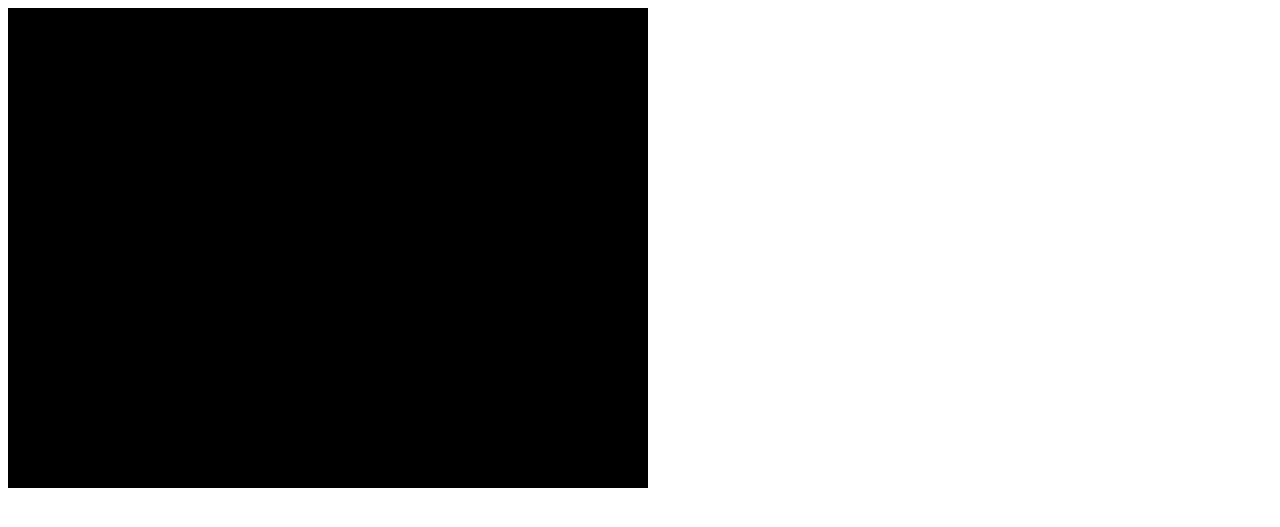
Repository: ChristeZeng/ComputerGraphics
Page: Lab2/Test.html
These files come from the project's save history. The page is drawn as it stood at one moment and after the next save; the edit follows.
The browser window is 1280 px wide. The pictures show the whole page.

Above is the page before, as saved 2021-10-02 15:47:15.
Console error: TypeError: gl.enableVertexAttriArray is not a function

### Lab2/Test.html
<!DOCTYPE html>
<html>
<head>
  <title>Test</title>
  <script type="text/javascript" src="Test.js"></script>
</head>
<body onload="main()">
  <canvas id="gl-canvas" width="640" height="480"></canvas>
</body>
</html>

### Lab2/Test.js
function main()
{
    /** @type {HTMLCanvasElement} */
    var canvas = document.getElementById('gl-canvas');
    var gl = canvas.getContext('webgl');
    if(!gl)
    {
        alert("WebGL is not supported");
        return;
    }

    //设置顶点着色器
    const vsSource = `
        attribute vec4 Position;
        void main()
        {
            gl_Position = Position;
        }
    `;

    //设置片段着色器
    const fsSource = `
        void main()
        {
            gl_FragColor = vec4(1.0, 0.0, 0.0, 1.0);
        }
    `;

    //初始化一个shader程序
    const shaderProgram = initShaderProgram(gl, vsSource, fsSource);

    const Param =
    {
        program: shaderProgram,
        attribLocations:
        {
            vertexPosition: gl.getAttribLocation(shaderProgram, 'Position'),
        },

    };

    //Debug
    alert('Yes');

    //建立顶点缓存
    const buffers = initBuffers(gl);
    //画出图形
    drawBasic(gl, buffers, Param);

}

function initBuffers(gl)
{
    //建立顶点缓存
    const positionBuffer = gl.createBuffer();
    //绑定缓存
    gl.bindBuffer(gl.ARRAY_BUFFER, positionBuffer);

    //所画图形的坐标
    const vertices = [
        1.0,  1.0,
        -1.0, 1.0,
        1.0,  -1.0,
        -1.0, -1.0,
    ];

    //将数据填充到缓冲区
    gl.bufferData(gl.ARRAY_BUFFER, new Float32Array(vertices), gl.STATIC_DRAW);
    //返回一个缓存区的对象
    return {position: positionBuffer};
}

function drawBasic(gl, buffers, Param)
{
    gl.clearColor(0.0, 0.0, 0.0, 1.0);  // Clear to black, fully opaque
    gl.clear(gl.COLOR_BUFFER_BIT);


    gl.bindBuffer(gl.ARRAY_BUFFER, buffers.position);

    gl.vertexAttribPointer(Param.attribLocations.vertexPosition, 2, gl.FLOAT, false, 0, 0);
    alert("ShaderProgram2");
    gl.enableVertexAttriArray(Param.attribLocations.vertexPosition);
    alert("ShaderProgram2");
    //gl.useProgram(Param.shaderProgram);

    //利用TRIANGLE_STRIP参数三角拟合
    gl.drawArrays(gl.TRIANGLE_STRIP, 0, 4);
}

//初始化着色器
function initShaderProgram(gl, vsSource, fsSource)
{

    const vertexShader = loadShader(gl, gl.VERTEX_SHADER, vsSource);
    const fragmentShader = loadShader(gl, gl.FRAGMENT_SHADER, fsSource);

    //创建着色器程序
    const shaderProgram = gl.createProgram();
    gl.attachShader(shaderProgram, vertexShader);
    gl.attachShader(shaderProgram, fragmentShader);
    gl.linkProgram(shaderProgram);

    if(!gl.getProgramParameter(shaderProgram, gl.LINK_STATUS))
    {
        alert("Error");
        return null;
    }

    return shaderProgram;
}

function loadShader(gl, type, source)
{
    const shader = gl.createShader(type);

    gl.shaderSource(shader, source);
    gl.compileShader(shader);
    if(!gl.getShaderParameter(shader, gl.COMPILE_STATUS))
    {
        alert("Error: Compile");
        gl.deleteShader(shader);
        return null;
    }
    return shader;
}

### Lab2/Test2.js
// 顶点着色器程序
var VSHADER_SOURCE =
  'attribute vec4 a_Position;\n' + // attribute variable
  'void main() {\n' +
  '  gl_Position = a_Position;\n' + // Set the vertex coordinates of the point
  '}\n';

// 片元着色器程序
var FSHADER_SOURCE =
  'precision mediump float;\n' +
  'uniform vec4 u_FragColor;\n' +  // uniform変数
  'void main() {\n' +
  '  gl_FragColor = vec4(1.0, 0.0, 0.0, 1.0);\n' +
  '}\n';

function main() {
  // 获取 <canvas> 元素
  var canvas = document.getElementById('webgl');

  // 获取WebGL渲染上下文
  var gl = getWebGLContext(canvas);
  if (!gl) {
    console.log('Failed to get the rendering context for WebGL');
    return;
  }

  // 初始化着色器
  if (!initShaders(gl, VSHADER_SOURCE, FSHADER_SOURCE)) {
    console.log('Failed to intialize shaders.');
    return;
  }

  // 设置顶点位置
  var n = initVertexBuffers(gl);
  if (n < 0) {
    console.log('Failed to set the positions of the vertices');
    return;
  }

  // 指定清空<canvas>的颜色
  gl.clearColor(0.0, 0.0, 0.0, 1.0);

  // 清空<canvas>
  gl.clear(gl.COLOR_BUFFER_BIT);

  // 绘制三角形
  gl.drawArrays(gl.TRIANGLES, 0, 3);
}

function initVertexBuffers(gl) {
  var vertices = new Float32Array([
    0, 0.5,   -0.5, -0.5,   0.5, -0.5
  ]);
  var n = 3; // 点的个数

  // 创建缓冲区对象
  var vertexBuffer = gl.createBuffer();
  if (!vertexBuffer) {
    console.log('Failed to create the buffer object');
    return -1;
  }

  // 将缓冲区对象绑定到目标
  gl.bindBuffer(gl.ARRAY_BUFFER, vertexBuffer);
  // 向缓冲区对象写入数据
  gl.bufferData(gl.ARRAY_BUFFER, vertices, gl.STATIC_DRAW);

  var a_Position = gl.getAttribLocation(gl.program, 'a_Position');
  if (a_Position < 0) {
    console.log('Failed to get the storage location of a_Position');
    return -1;
  }
  // 将缓冲区对象分配给a_Position变量
  gl.vertexAttribPointer(a_Position, 2, gl.FLOAT, false, 0, 0);

  // 连接a_Position变量与分配给它的缓冲区对象
  gl.enableVertexAttribArray(a_Position);

  return n;
}

After the next save:
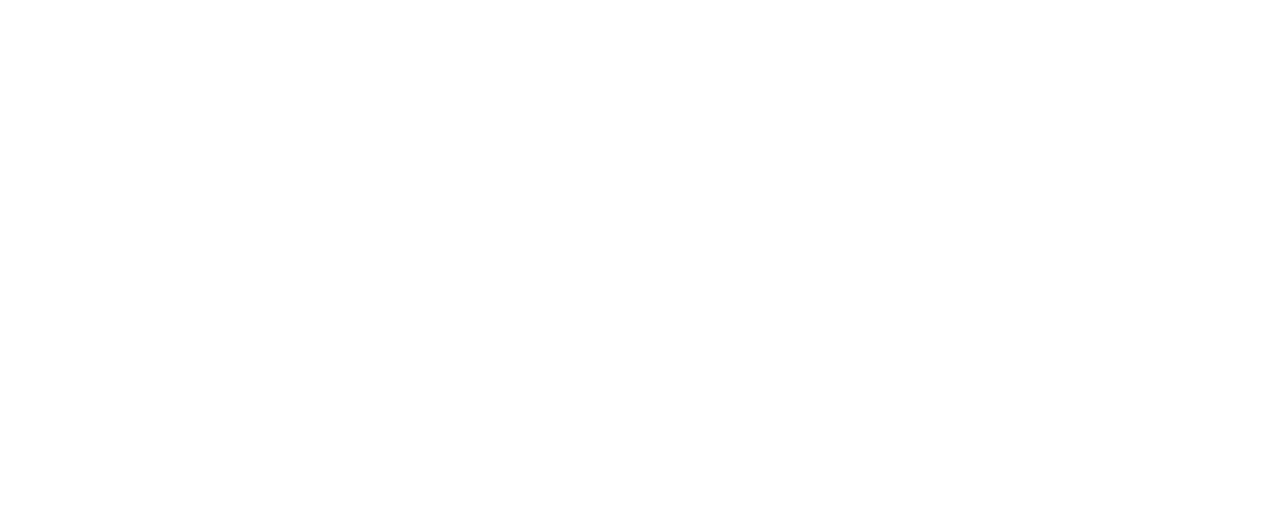
Console error: ReferenceError: getWebGLContext is not defined
Saved 14 s later.
--- a/Lab2/Test.html
+++ b/Lab2/Test.html
@@ -2,7 +2,7 @@
 <html>
 <head>
   <title>Test</title>
-  <script type="text/javascript" src="Test.js"></script>
+  <script type="text/javascript" src="Test2.js"></script>
 </head>
 <body onload="main()">
   <canvas id="gl-canvas" width="640" height="480"></canvas>

After the 6 saves that followed:
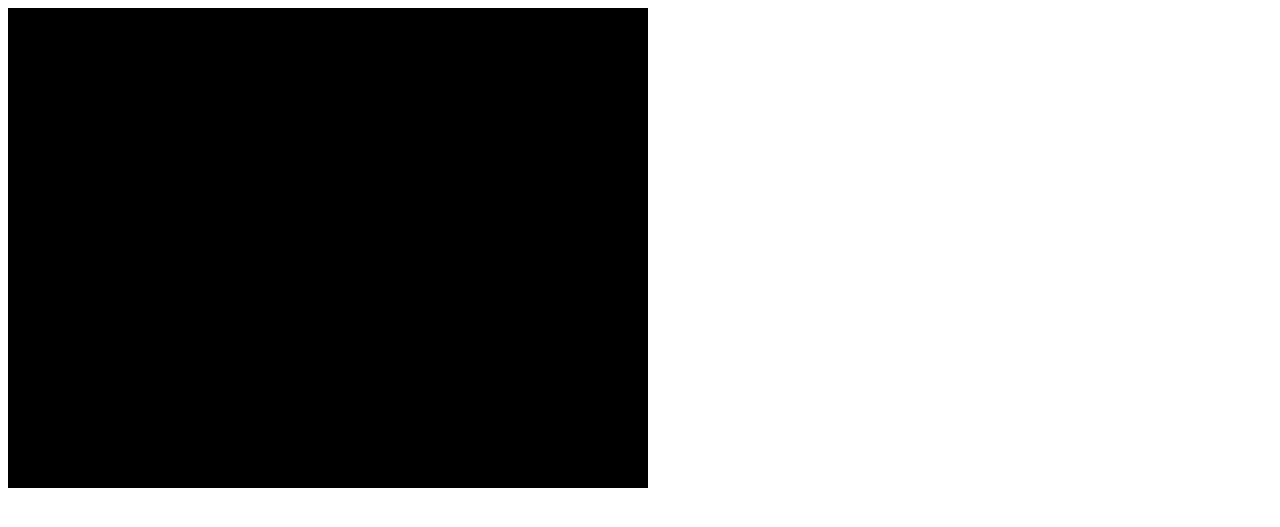
Console error: TypeError: gl.enableVertexAttriArray is not a function
The 6 saves are shown as one change because 5 left the picture as it was.
The last was saved 11 min 6 s later.
--- a/Lab2/Test.html
+++ b/Lab2/Test.html
@@ -2,9 +2,9 @@
 <html>
 <head>
   <title>Test</title>
-  <script type="text/javascript" src="Test2.js"></script>
 </head>
 <body onload="main()">
   <canvas id="gl-canvas" width="640" height="480"></canvas>
+  <script type="text/javascript" src="Test.js"></script>
 </body>
 </html>
--- a/Lab2/Test2.js
+++ b/Lab2/Test2.js
@@ -15,7 +15,7 @@
 
 function main() {
   // 获取 <canvas> 元素
-  var canvas = document.getElementById('webgl');
+  var canvas = document.getElementById('gl-canvas');
 
   // 获取WebGL渲染上下文
   var gl = getWebGLContext(canvas);
